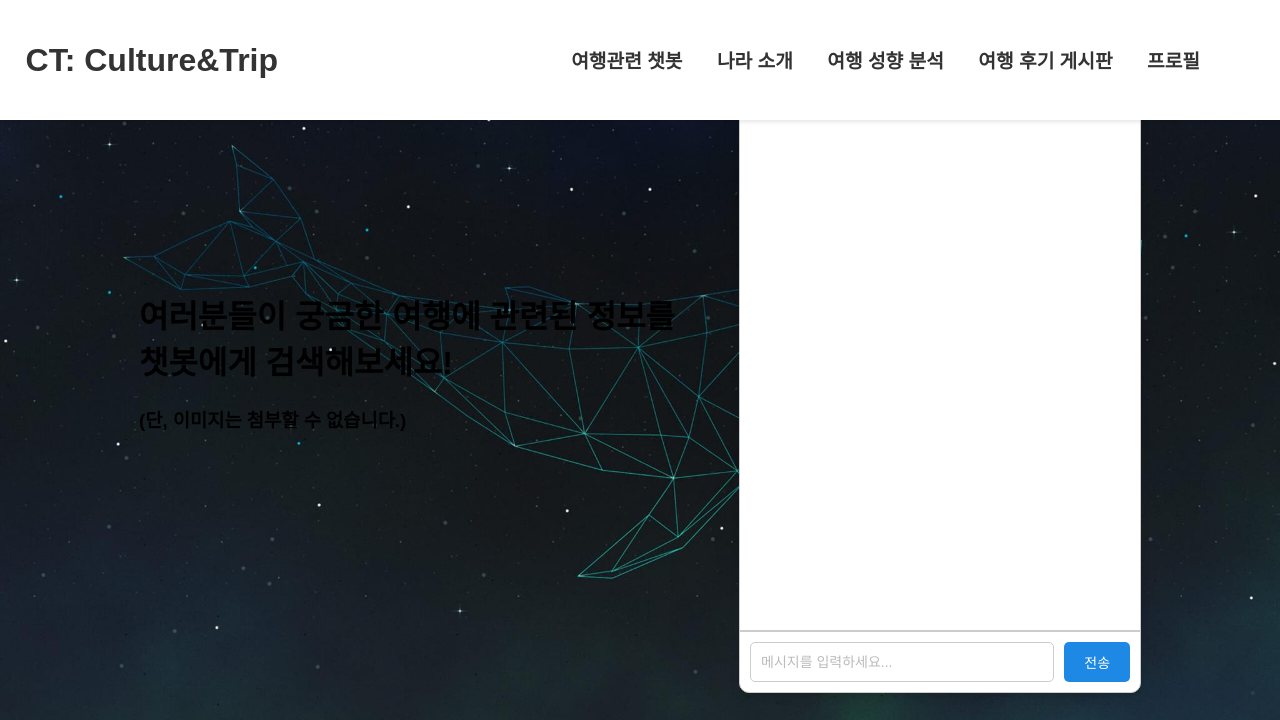
Repository: LifeIsRightward/WebServer
Page: http://localhost/JSPBook/Project/View/Chatbot.jsp?id=null
These files come from the project's save history. The page is drawn as it stood at one moment and after the next save; the edit follows.
The browser window is 1280 px wide. The pictures show the whole page.
The page is served by Tomcat 9. Other server files are loaded and not shown.

Above is the page before, as saved 2024-06-09 19:19:44.

### JSPBook/src/main/webapp/Project/View/Chatbot.jsp
<%@ page language="java" contentType="text/html; charset=UTF-8"
    pageEncoding="UTF-8"%>
<!DOCTYPE html>
<html>
<head>
<meta charset="EUC-KR">
<title>Insert title here</title>
<script src="https://code.jquery.com/jquery-3.4.1.js"></script>
<style>
    body {
        display: flex;
        justify-content: center;
        align-items: center;
        height: 100vh;
        margin: 0;
        background-color: #f4f4f9;
        font-family: Arial, sans-serif;
        background-image: url('../assets/chatbotbackground.jpg');
        background-size: cover;
        background-position: center;
    }
    .message {
        border-top: 1px solid #ccc;
        padding: 10px;
        margin-top: 5px;
        background-color: #ffffff;
        border-radius: 5px;
        box-shadow: 0 1px 3px rgba(0, 0, 0, 0.1);
    }
    .message:nth-child(odd) {
        background-color: #f1f1f1;
    }
    #chat-container {
        width: 400px;
        height: 600px;
        display: flex;
        flex-direction: column;
        border: 1px solid #ccc;
        border-radius: 10px;
        box-shadow: 0 4px 8px rgba(0, 0, 0, 0.1);
        background-color: #fff;
        margin-top: 5%;
    }
    #chat-messages {
        flex: 1;
        overflow-y: auto;
        padding: 20px;
        display: flex;
        flex-direction: column-reverse;
        border-bottom: 1px solid #ccc;
    }
    #user-input {
        display: flex;
        padding: 10px;
        border-top: 1px solid #ccc;
    }
    #user-input input {
        flex: 1;
        padding: 10px;
        outline: none;
        border: 1px solid #ccc;
        border-radius: 5px;
        margin-right: 10px;
        font-size: 14px;
    }
    #user-input input::placeholder {
        color: #bbb;
    }
    #user-input button {
        border: none;
        background-color: #1e88e5;
        color: white;
        padding: 10px 20px;
        border-radius: 5px;
        cursor: pointer;
        font-size: 14px;
    }
    #user-input button:hover {
        background-color: #1565c0;
    }
    #user-input button:active {
        background-color: #0d47a1;
    }

header {
	display: flex; /* header를 flexbox로 설정 */
    align-items: center; /* 항목들을 중앙 정렬 */
    justify-content: space-between; /* 항목들을 양쪽 끝으로 분산 */
    position: absolute;
    top: 0;
    left: 0;
    height: 100px; /* header 높이 설정 */
    width: 100%; /* 전체 너비 차지 */
    background-color: #fff; /* 배경색 */
    padding: 10px 0; /* 여백 설정 */
     z-index: 10; /* 다른 요소 위에 표시 */
    box-shadow: 0 2px 4px rgba(0, 0, 0, 0.1); /* 그림자 효과 */
}

header > h1{
	margin-left:2%;
}

h1 > a{
	text-decoration: none; /* 기본 텍스트 장식 제거 */
	color: #333; /* 링크 색상 */
}

nav ul {
    list-style: none; /* 기본 목록 스타일 제거 */
    margin-right: 50px;
    padding: 0; /* 여백 제거 */
    text-align: right; /* 오른쪽 정렬 */
}

nav li {
    display: inline-block; /* li 요소를 가로로 나열 */
    margin-right: 30px; /* 각 li 요소 사이 여백 */
}

nav a {
    color: #333; /* 링크 색상 */
    text-decoration: none; /* 기본 텍스트 장식 제거 */
    font-weight: bold; /* 글씨체 강조 */
    font-size: 1.2em;
}

nav a:hover {
    color: #408080; /* 마우스 호버 시 링크 색상 변경 */
}
#chat-text{
	margin-right: 5%;
}
</style>
</head>
<body>
	<%
    	request.setCharacterEncoding("utf-8");
    	String uid = request.getParameter("id");
    %>
	<header>
        <h1><a href="index.jsp?id=<%=uid%>">CT: Culture&Trip</a></h1>
        <nav>
            <ul>
            	<li><a href="Chatbot.jsp?id=<%=uid%>">여행관련 챗봇</a></li>
                <li><a href="NationalInfo/nationalinfo.jsp?id=<%=uid%>">나라 소개</a></li>
                <li><a href="https://stti.tripbuilder.co.kr/">여행 성향 분석</a></li>
                <li><a href="tripcommunity.jsp?id=<%=uid%>">여행 후기 게시판</a></li>
                <li><a href="profile.jsp?id=<%=uid%>">프로필</a></li>
            </ul>
        </nav>
    </header>
    <div id="chat-text">
    	<h1>여러분들이 궁금한 여행에 관련된 정보를<br> 챗봇에게 검색해보세요!</h1>
    	<h3>(단, 이미지는 첨부할 수 없습니다.)</h2>
    </div>
    <div id="chat-container">
        <div id="chat-messages"></div>
        <div id="user-input">
            <input type="text" placeholder="메시지를 입력하세요..." />
            <button>전송</button>
        </div>
    </div>
    <script type="text/javascript" src="../js/Chatbot.js"></script>
</body>
</html>

### JSPBook/src/main/webapp/Project/js/Chatbot.js
// 채팅 메시지를 표시할 DOM
const chatMessages = document.querySelector('#chat-messages');

// 사용자 입력 필드
const userInput = document.querySelector('#user-input input');

// 전송 버튼
const sendButton = document.querySelector('#user-input button');

// 발급받은 OpenAI API 키를 변수로 저장(주 계정)
const apiKey = 'sk-proj-Jqxf9kRHs1TAusLjZHUaT3BlbkFJgy2ptzOiuK0lfbx0xLxR';
// 발급받은 OpenAI API 키를 변수로 저장(부 계정)
//const apiKey = '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';


// OpenAI API 엔드포인트 주소를 변수로 저장
const apiEndpoint = 'https://api.openai.com/v1/chat/completions';

function addMessage(sender, message) {
    // 새로운 div 생성
    const messageElement = document.createElement('div');
    // 생성된 요소에 클래스 추가
    messageElement.className = 'message';
    // 채팅 메시지 목록에 새로운 메시지 추가
    messageElement.textContent = `${sender}: ${message}`;
    chatMessages.prepend(messageElement);
}

// ChatGPT API 요청
async function fetchAIResponse(prompt) {
    // API 요청에 사용할 옵션을 정의
    const requestOptions = {
        method: 'POST',
        // API 요청의 헤더를 설정
        headers: {
            'Content-Type': 'application/json',
            'Authorization': `Bearer ${apiKey}`
        },
        body: JSON.stringify({
            model: "gpt-3.5-turbo",  // 사용할 AI 모델
            messages: [{
                role: "user", // 메시지 역할을 user로 설정
                content: prompt // 사용자가 입력한 메시지
            }],
            temperature: 0.8, // 모델의 출력 다양성
            max_tokens: 1024, // 응답받을 메시지 최대 토큰(단어) 수 설정
            top_p: 1, // 토큰 샘플링 확률을 설정
            frequency_penalty: 0.5, // 일반적으로 나오지 않는 단어를 억제하는 정도
            presence_penalty: 0.5, // 동일한 단어나 구문이 반복되는 것을 억제하는 정도
            stop: ["Human"] // 생성된 텍스트에서 종료 구문을 설정
        })
    };

    //API 요청후 응답 처리
    try {
        const response = await fetch(apiEndpoint, requestOptions);
        const data = await response.json();

        // 응답에서 choices 배열이 존재하는지 확인
        if (!data.choices || data.choices.length === 0) {
            throw new Error('API 응답에 choices 배열이 없습니다.');
        }

        const aiResponse = data.choices[0].message.content;
        return aiResponse;
    } catch (error) {
        console.error('OpenAI API 호출 중 오류 발생:', error);
        return 'OpenAI API 호출 중 오류 발생';
    }
}

// 전송 버튼 클릭 이벤트 처리
sendButton.addEventListener('click', async () => {
    // 사용자가 입력한 메시지
    const message = userInput.value.trim();
    // 메시지가 비어있으면 리턴
    if (message.length === 0) return;
    // 사용자 메시지 화면에 추가
    addMessage('나', message);
    userInput.value = '';
    //ChatGPT API 요청후 답변을 화면에 추가
    const aiResponse = await fetchAIResponse(message);
    addMessage('챗봇', aiResponse);
});

// 사용자 입력 필드에서 Enter 키 이벤트를 처리
userInput.addEventListener('keydown', (event) => {
    if (event.key === 'Enter') {
        sendButton.click();
    }
});

After the next save:
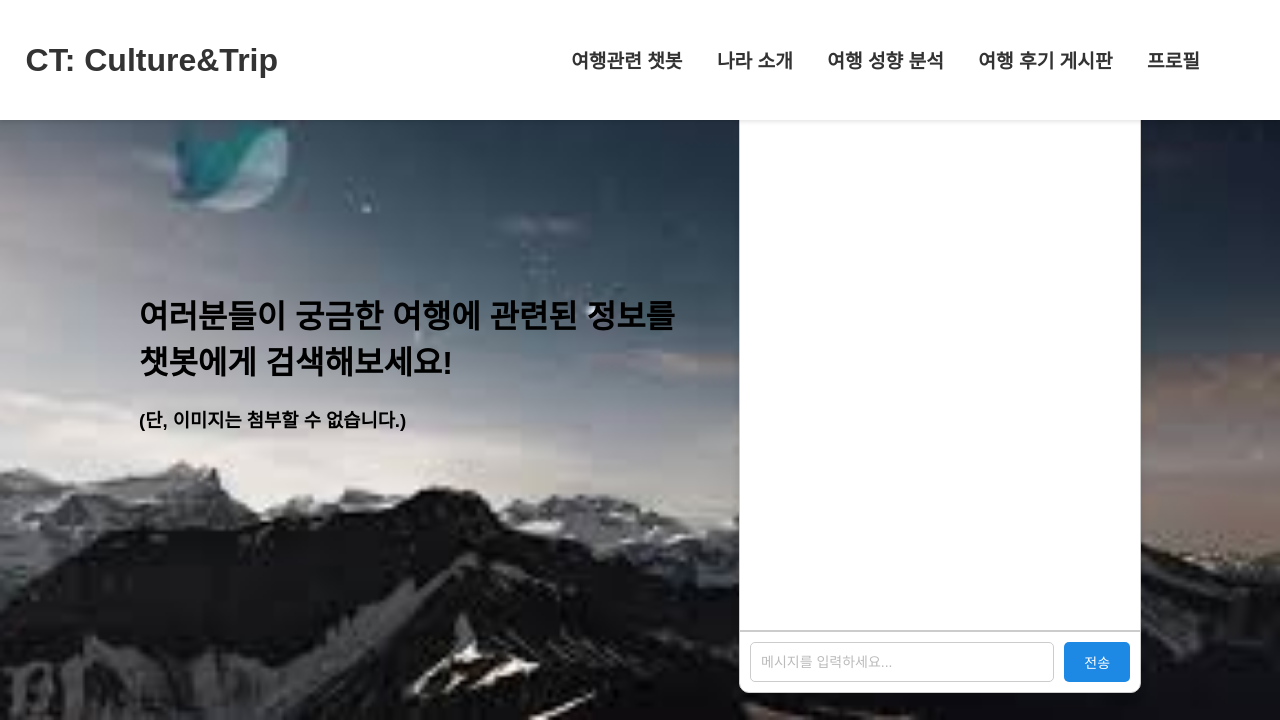
Saved 56 s later.
--- a/JSPBook/src/main/webapp/Project/View/Chatbot.jsp
+++ b/JSPBook/src/main/webapp/Project/View/Chatbot.jsp
@@ -15,7 +15,7 @@
         margin: 0;
         background-color: #f4f4f9;
         font-family: Arial, sans-serif;
-        background-image: url('../assets/chatbotbackground.jpg');
+        background-image: url('../assets/chatbotbackground2.jpg');
         background-size: cover;
         background-position: center;
     }

After the save that followed:
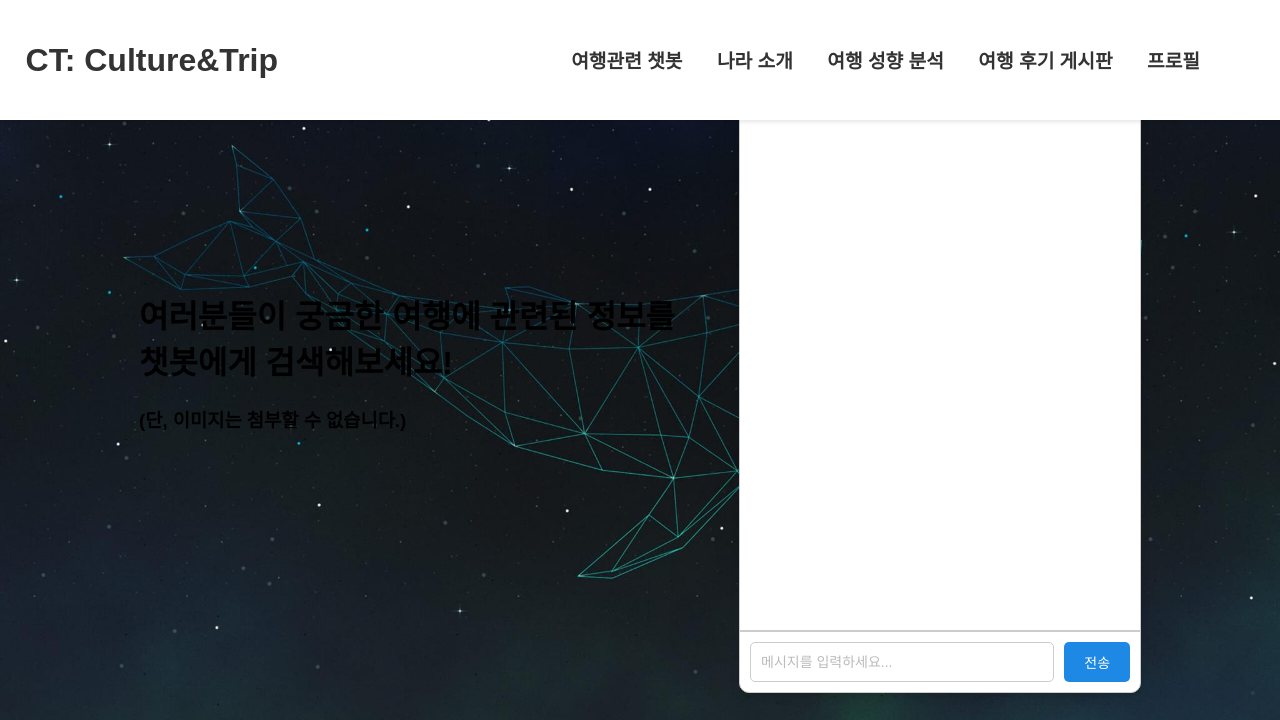
Saved 10 s later.
--- a/JSPBook/src/main/webapp/Project/View/Chatbot.jsp
+++ b/JSPBook/src/main/webapp/Project/View/Chatbot.jsp
@@ -15,7 +15,7 @@
         margin: 0;
         background-color: #f4f4f9;
         font-family: Arial, sans-serif;
-        background-image: url('../assets/chatbotbackground2.jpg');
+        background-image: url('../assets/chatbotbackground.jpg');
         background-size: cover;
         background-position: center;
     }
